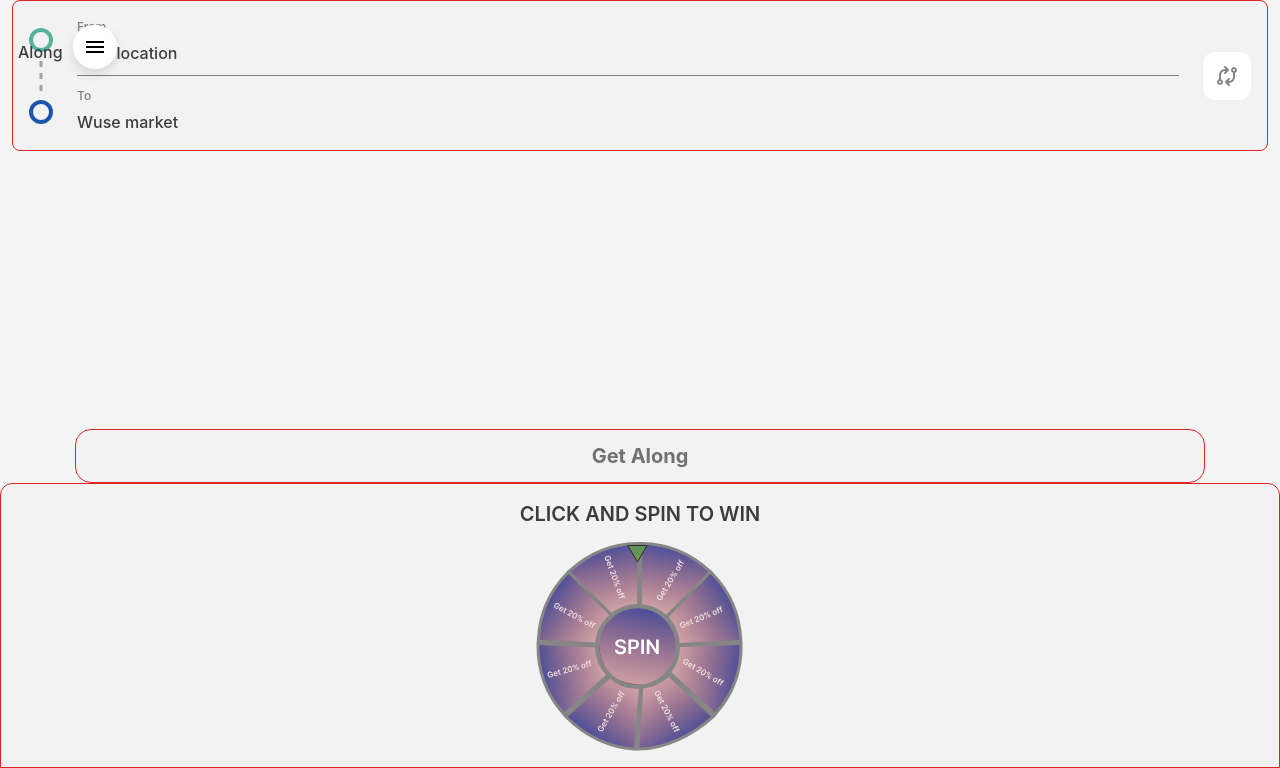
Repository: TeamAlong/Along-App
Page: /
The author's editor kept a copy of each file at every save. The page is drawn from the files as they stood at one save, then again after the next save.
The browser window is 1280 px wide. The pictures show the whole page.
The project was rebuilt for these pictures with package versions that can differ from the ones it lists, and the page was loaded fresh each time. The framework's server and built-in components were replaced by stand-ins that run in the browser. Also part of the build but not shown: next.config.mjs, src/components/user/drivers-preview.js.

Above is the page before, as saved 2024-02-26 22:23:50.

### src/pages/index.js
import { useState } from "react";
import Layout from "@/components/Layout";
import Image from "next/image";
import { useUi } from "@/context/UiContext/uiContext";
import Circles from "../../public/assets/loc-circles.svg";
import Rout from "../../public/assets/route-icon.svg";

export default function Home() {
  const { setShowSpin } = useUi();

  const handleGetAlongClick = () => {
    setShowSpin(false); // Hide the spin and show drivers preview
  };
  return (
    <Layout>
      <main className=" px-3 flex flex-col gap-[278px]">
        <section className="w-full flex items-center gap-6 px-4 py-[18px] rounded-lg bg-[#F2F2F2] border border-red-600">
          <Image src={Circles} alt="" />

          <div className="w-full flex flex-col">
            <div className="flex flex-col gap-2 items-start border-b border-[#7E7E7E] pb-3">
              <p className="text-xs text-[#7E7E7E]">From</p>
              <input
                className="w-full h-full bg-transparent border-none outline-none"
                type="text"
                placeholder="Your location"
              />
            </div>

            <div className="flex flex-col gap-2 items-start pt-3 ">
              <p className="text-xs text-[#7E7E7E]">To</p>
              <input
                className="w-full h-full bg-transparent border-none outline-none"
                type="text"
                placeholder="Wuse market"
              />
            </div>
          </div>

          <Image src={Rout} alt="" />
        </section>

        <button
          className="w-[90%] self-center bg-[#F2F2F2] py-3 px-4 rounded-2xl text-xl text-[#717171] font-bold border border-red-600"
          onClick={handleGetAlongClick}
        >
          Get Along
        </button>
      </main>
    </Layout>
  );
}

### src/context/UiContext/uiContext.js
import React, { createContext, useContext, useState } from "react";

const UiContext = createContext();

export const useUi = () => useContext(UiContext);

export const UiProvider = ({ children }) => {
  const [showSpin, setShowSpin] = useState(true);

  return (
    <UiContext.Provider value={{ showSpin, setShowSpin }}>
      {children}
    </UiContext.Provider>
  );
};

### src/components/Layout.js
import Head from "next/head";
import Footer from "./Footer";
import Navbar from "./Navbar";

export default function Layout({ title, keywords, description, children }) {
  return (
    <div className="flex flex-col min-h-screen">
      <Head>
        <title>{title}</title>
        <meta name="description" content={description} />
        <meta name="keywords" content={keywords} />
        <meta charSet="utf-8" />
      </Head>
      <Navbar />

      <div className="flex-grow">{children}</div>

      <Footer />
    </div>
  );
}

Layout.defaultProps = {
  title: "Along app",
  description: "Along App",
  keywords: "Along App",
};

### src/components/Footer.js
import Image from "next/image";
import { useUi } from "@/context/UiContext/uiContext";
import DriversPreview from "./user/drivers-preview";
import Spin from "../../public/assets/spin-board.svg";

export default function Footer() {
  const { showSpin } = useUi();
  return (
    <footer className="w-full bg-[#F2F2F2] rounded-tl-[12px] rounded-tr-[12px] overflow-y-scroll border border-red-600 z-50 ">
      {showSpin ? (
        <div className="flex flex-col gap-2.5 items-center pt-4">
          <h3 className="text-xl font-semibold">CLICK AND SPIN TO WIN</h3>
          <Image src={Spin} alt="" />
        </div>
      ) : (
        <DriversPreview />
      )}
    </footer>
  );
}

### src/components/Navbar.js
import Image from "next/image";
import Menu from "../../public/assets/hamburger.svg";

export default function Navbar() {
  return (
    <nav className="fixed top-0 left-0 flex items-center justify-between py-5 px-[18px]">
        <h1>Along</h1>
        <Image src={Menu} alt="hamburger menu"/>
    </nav>
  )
}

Loaded but not shown: src/pages/_app.js (common file); src/pages/_document.js (common file); src/styles/globals.css (common file); tailwind.config.js (common file)

After the next save:
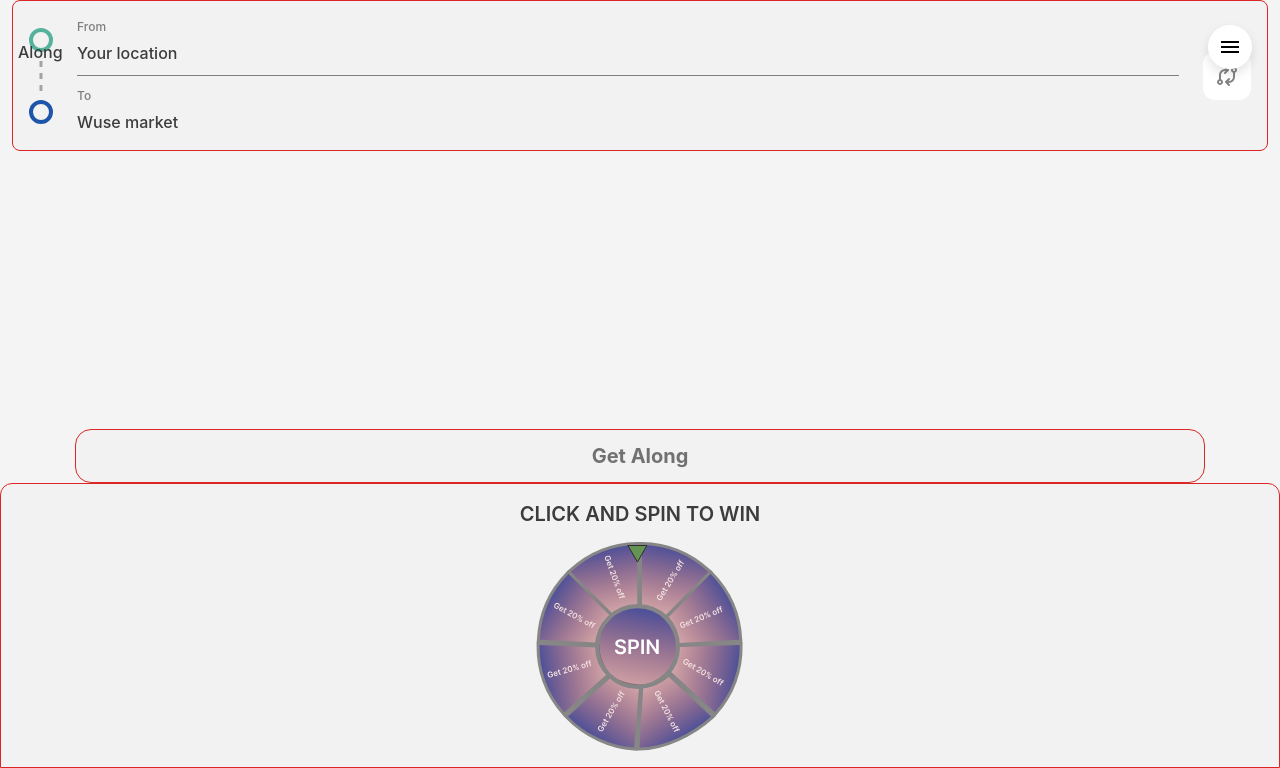
Saved 4 s later.
--- a/src/components/Navbar.js
+++ b/src/components/Navbar.js
@@ -3,7 +3,7 @@ import Menu from "../../public/assets/hamburger.svg";
 
 export default function Navbar() {
   return (
-    <nav className="fixed top-0 left-0 flex items-center justify-between py-5 px-[18px]">
+    <nav className="fixed top-0 left-0  w-full flex items-center justify-between py-5 px-[18px]">
         <h1>Along</h1>
         <Image src={Menu} alt="hamburger menu"/>
     </nav>
